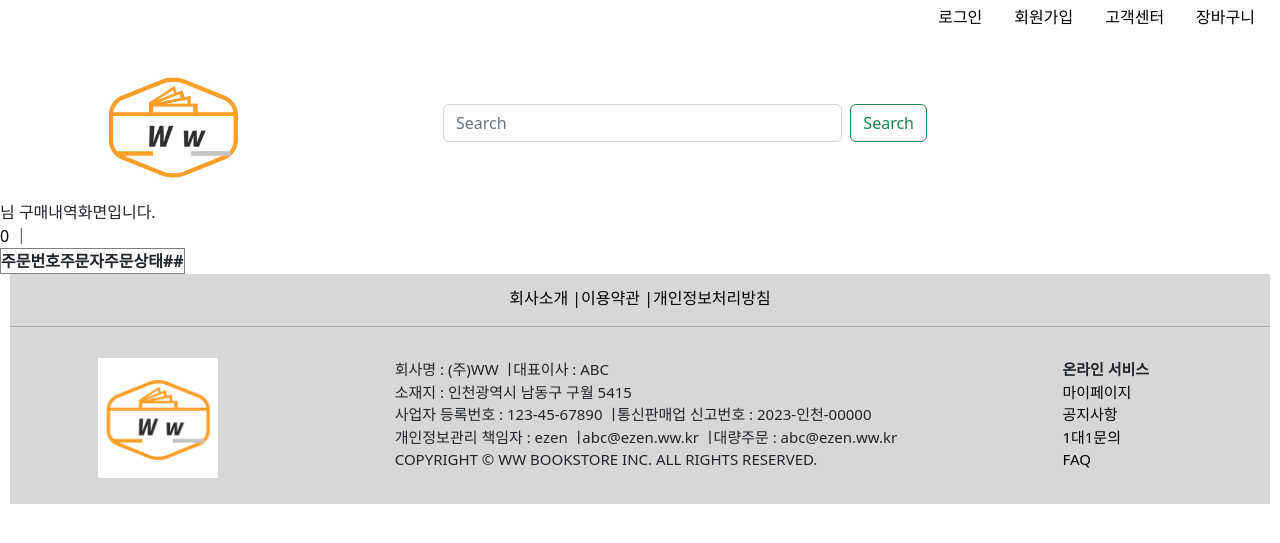
Repository: leehyeonung/project6
Page: http://localhost/book/WEB-INF/views/member/buyCheck.jsp
An editor plug-in stored every save of this project. The page is shown before and after the next save, followed by the edit.
The browser window is 1280 px wide. The pictures show the whole page.
The page is served by Tomcat 9. Nobody is signed in. The template is opened directly, without the code that normally fills it, so the values that code supplies are empty.

Above is the page before, as saved 2023-01-06 04:16:42.

After the next save:
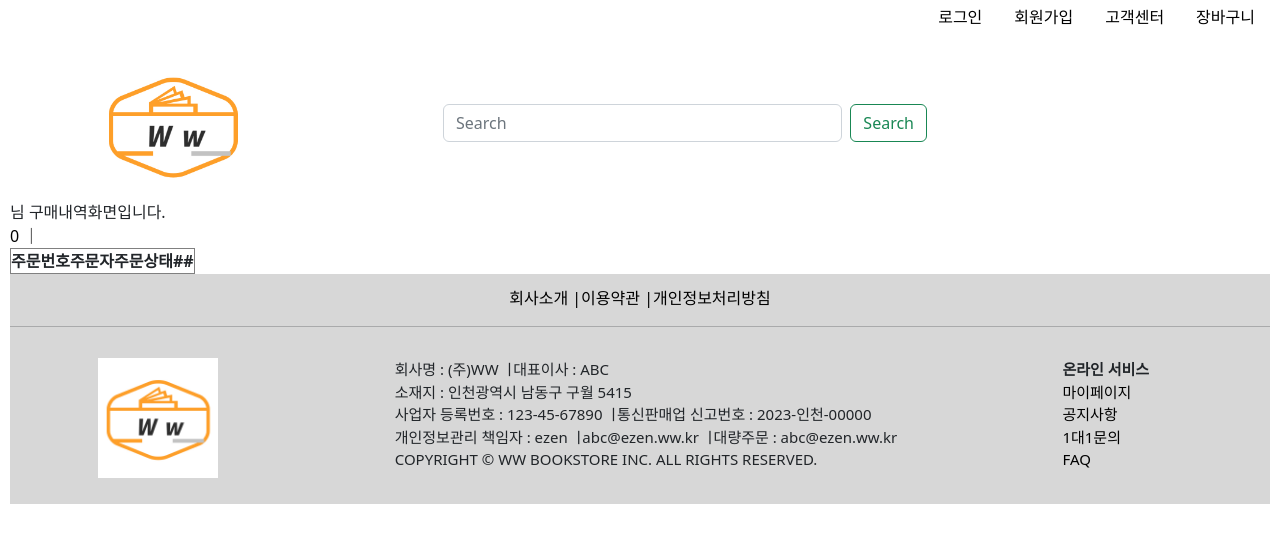
Saved 14 s later.
--- a/book/src/main/webapp/WEB-INF/views/member/buyCheck.jsp
+++ b/book/src/main/webapp/WEB-INF/views/member/buyCheck.jsp
@@ -10,6 +10,7 @@
 </head>
 <body>
 <jsp:include page="../layout/header.jsp"></jsp:include>
+<div class="main">
 ${ses.mem_id}님 구매내역화면입니다.
 
 <table border="1">
@@ -45,6 +46,7 @@ ${ses.mem_id}님 구매내역화면입니다.
 
 
 
+</div>
 <jsp:include page="../layout/footer.jsp"></jsp:include>
 </body>
 </html>
